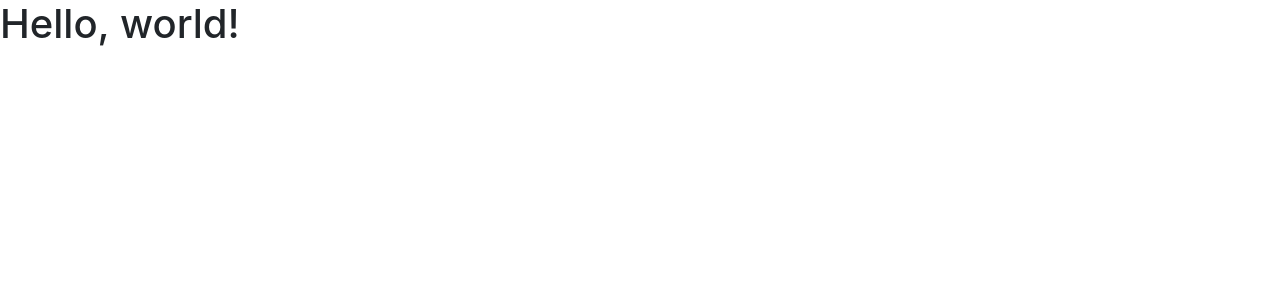
Repository: WilliamEstrela/trabalho1VA-PROG4
Page: CRUDLanManagerV5/WebContent/page.html
These files come from the project's save history. The page is drawn as it stood at one moment and after the next save; the edit follows.
The browser window is 1280 px wide. The pictures show the whole page.

Above is the page before, as saved 2019-09-12 00:05:52.

After the next save:
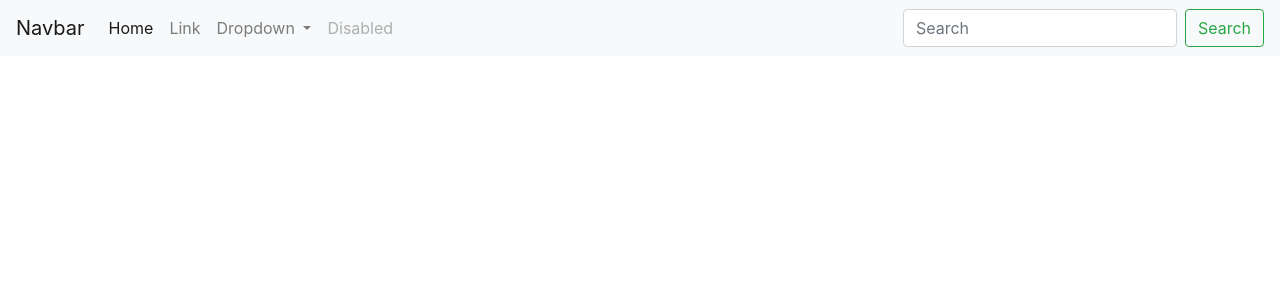
Saved 2 min 56 s later.
--- a/CRUDLanManagerV5/WebContent/page.html
+++ b/CRUDLanManagerV5/WebContent/page.html
@@ -11,7 +11,42 @@
     <title>Hello, world!</title>
   </head>
   <body>
-    <h1>Hello, world!</h1>
+
+<nav class="navbar navbar-expand-lg navbar-light bg-light">
+  <a class="navbar-brand" href="#">Navbar</a>
+  <button class="navbar-toggler" type="button" data-toggle="collapse" data-target="#navbarSupportedContent" aria-controls="navbarSupportedContent" aria-expanded="false" aria-label="Toggle navigation">
+    <span class="navbar-toggler-icon"></span>
+  </button>
+
+  <div class="collapse navbar-collapse" id="navbarSupportedContent">
+    <ul class="navbar-nav mr-auto">
+      <li class="nav-item active">
+        <a class="nav-link" href="#">Home <span class="sr-only">(current)</span></a>
+      </li>
+      <li class="nav-item">
+        <a class="nav-link" href="#">Link</a>
+      </li>
+      <li class="nav-item dropdown">
+        <a class="nav-link dropdown-toggle" href="#" id="navbarDropdown" role="button" data-toggle="dropdown" aria-haspopup="true" aria-expanded="false">
+          Dropdown
+        </a>
+        <div class="dropdown-menu" aria-labelledby="navbarDropdown">
+          <a class="dropdown-item" href="#">Action</a>
+          <a class="dropdown-item" href="#">Another action</a>
+          <div class="dropdown-divider"></div>
+          <a class="dropdown-item" href="#">Something else here</a>
+        </div>
+      </li>
+      <li class="nav-item">
+        <a class="nav-link disabled" href="#" tabindex="-1" aria-disabled="true">Disabled</a>
+      </li>
+    </ul>
+    <form class="form-inline my-2 my-lg-0">
+      <input class="form-control mr-sm-2" type="search" placeholder="Search" aria-label="Search">
+      <button class="btn btn-outline-success my-2 my-sm-0" type="submit">Search</button>
+    </form>
+  </div>
+</nav>
 
     <!-- Optional JavaScript -->
     <!-- jQuery first, then Popper.js, then Bootstrap JS -->
